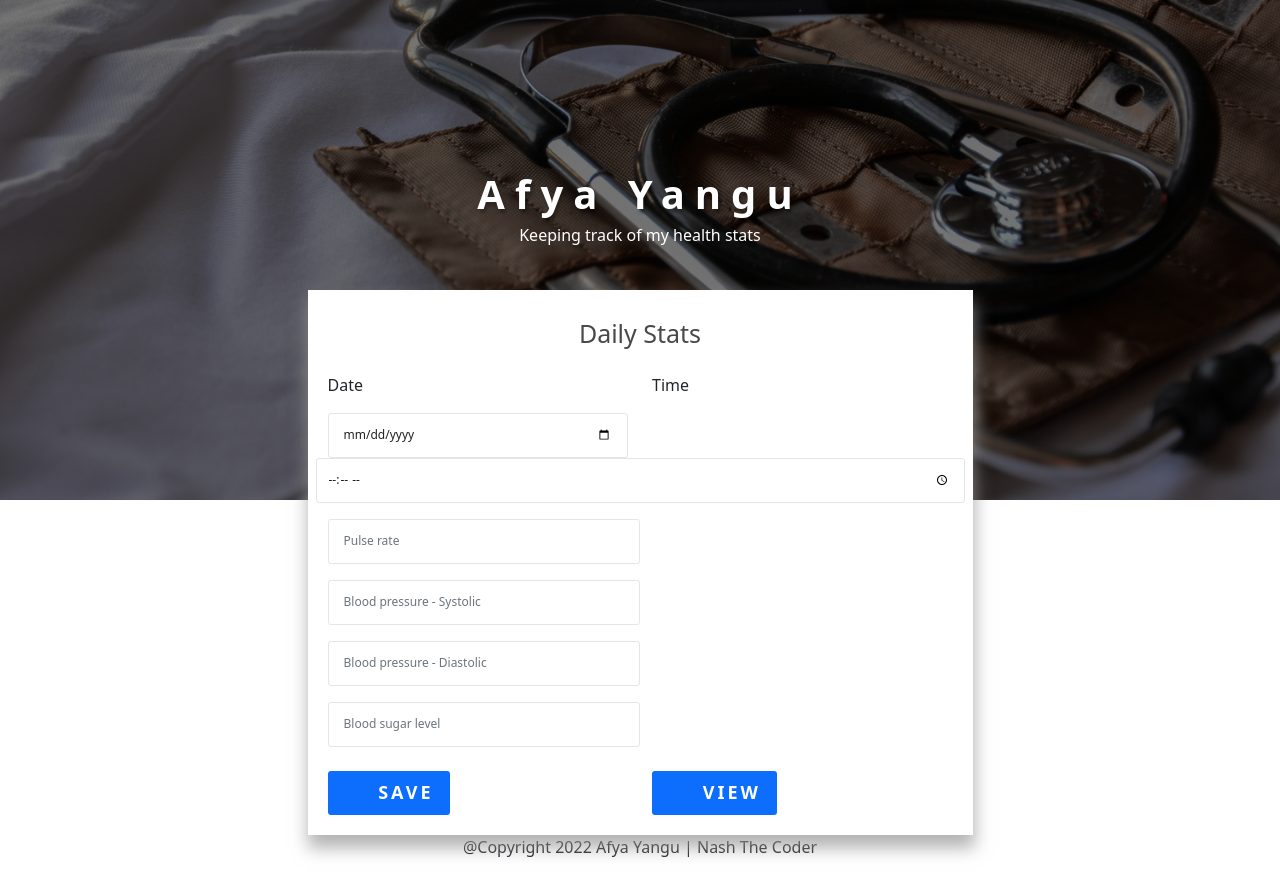
Repository: nashthecoder/afya_yangu
Page: /
These files come from the project's save history. The page is drawn as it stood at one moment and after the next save; the edit follows.
The browser window is 1280 px wide. The pictures show the whole page.
The project was rebuilt for these pictures with package versions that can differ from the ones it lists, and the page was loaded fresh each time.

Above is the page before, as saved 2022-02-27 16:27:18.

After the next save:
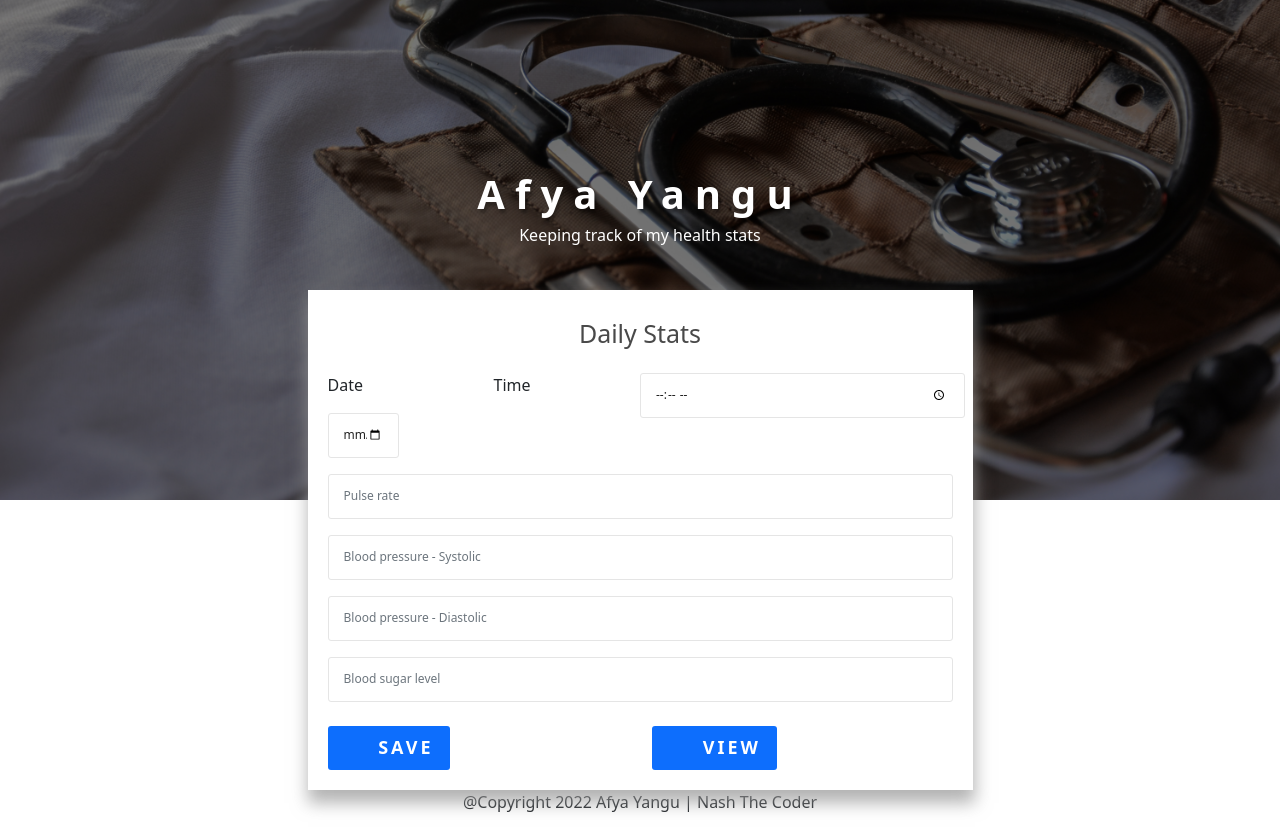
Saved 6 s later.
--- a/src/style.scss
+++ b/src/style.scss
@@ -53,7 +53,7 @@ input.form-control {
     transition: all 0.3s;
 }
 
-input.form-control {
+input.form-control-1 {
     color: #222;
     font-size: 12px;
     background: $white;
